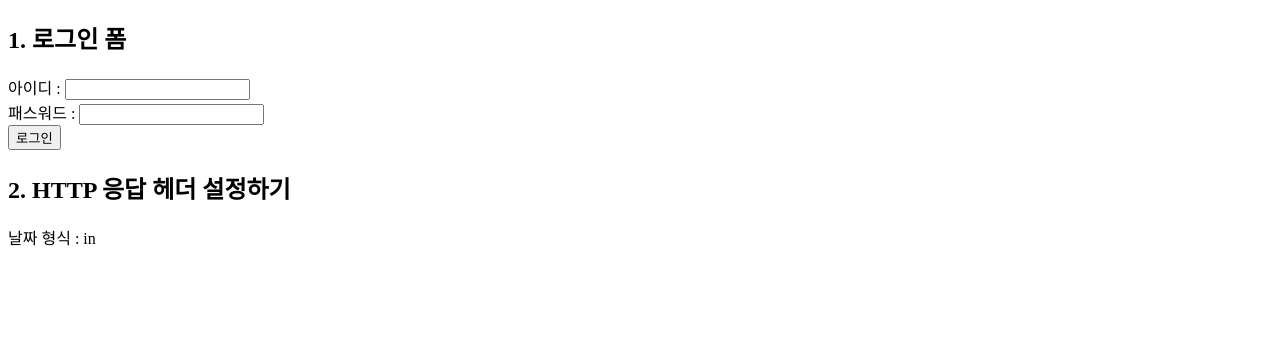
Repository: taein0714/jsp202408
Page: http://localhost/Proj0822/ex0102/ResponseMain.jsp
An editor plug-in stored every save of this project. The page is shown before and after the next save, followed by the edit.
The browser window is 1280 px wide. The pictures show the whole page.
The page is served by Tomcat 9.

Above is the page before, as saved 2024-08-22 06:05:56.

After the next save:
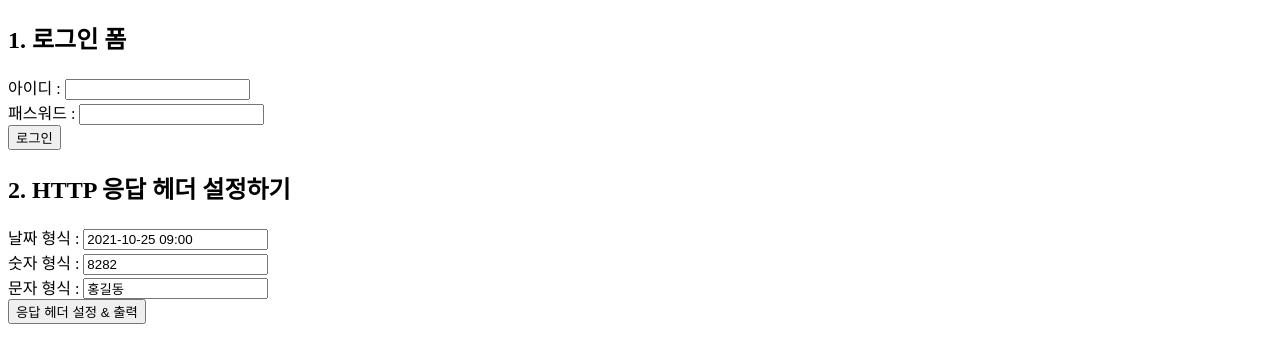
Saved 3 min 36 s later.
--- a/ex0822/Proj0822/src/main/webapp/ex0102/ResponseMain.jsp
+++ b/ex0822/Proj0822/src/main/webapp/ex0102/ResponseMain.jsp
@@ -21,6 +21,11 @@ if (loginErr != null) out.print("로그인 실패");
 
 <h2>2. HTTP 응답 헤더 설정하기</h2>
 <form action="./ResponseHeader.jsp" method="get">
-날짜 형식 : in<%!  %></a></form>
+날짜 형식 : <input type="text" name="add_date" value="2021-10-25 09:00" />
+          <br />
+숫자 형식 : <input type="text" name="add_int" value="8282" /><br />
+문자 형식 : <input type="text" name="add_str" value="홍길동" /><br />
+<input type="submit" value="응답 헤더 설정 & 출력" />
+</form>
 </body>
 </html>
